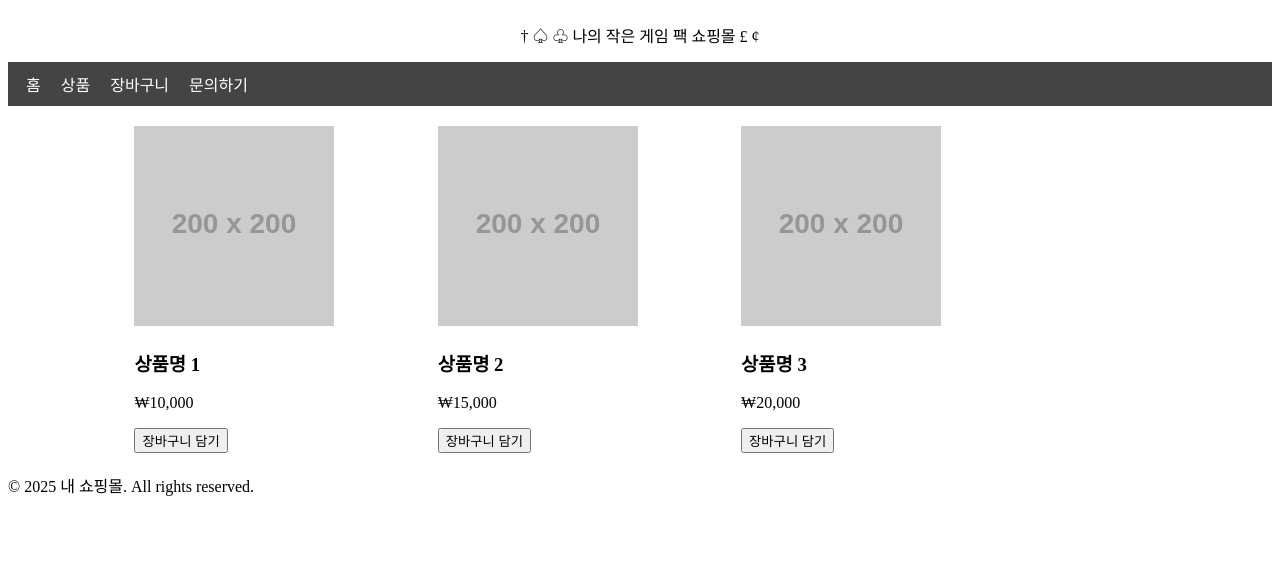
Repository: SeungYeon04/A_AssetsJSP
Page: http://localhost/JSP_Start01/
The author's editor kept a copy of each file at every save. The page is drawn from the files as they stood at one save, then again after the next save.
The browser window is 1280 px wide. The pictures show the whole page.
Some web fonts or font styles are not loaded; a fallback is used. The page is served by Tomcat 9.

Above is the page before, as saved 2025-03-11 05:47:43.

After the next save:
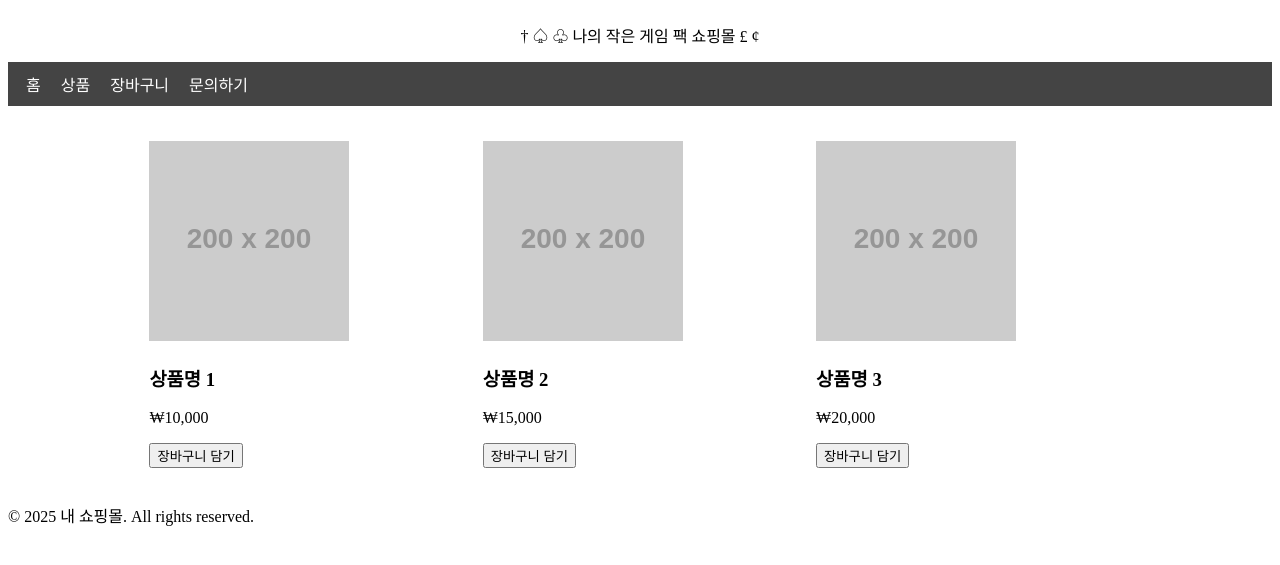
Saved 7 s later.
--- a/JSP_Start01/src/main/webapp/index.jsp
+++ b/JSP_Start01/src/main/webapp/index.jsp
@@ -89,6 +89,7 @@
 		.product {
 			width: 30%;
 			background: white;
+			padding: 15px;
 
 
 		}
